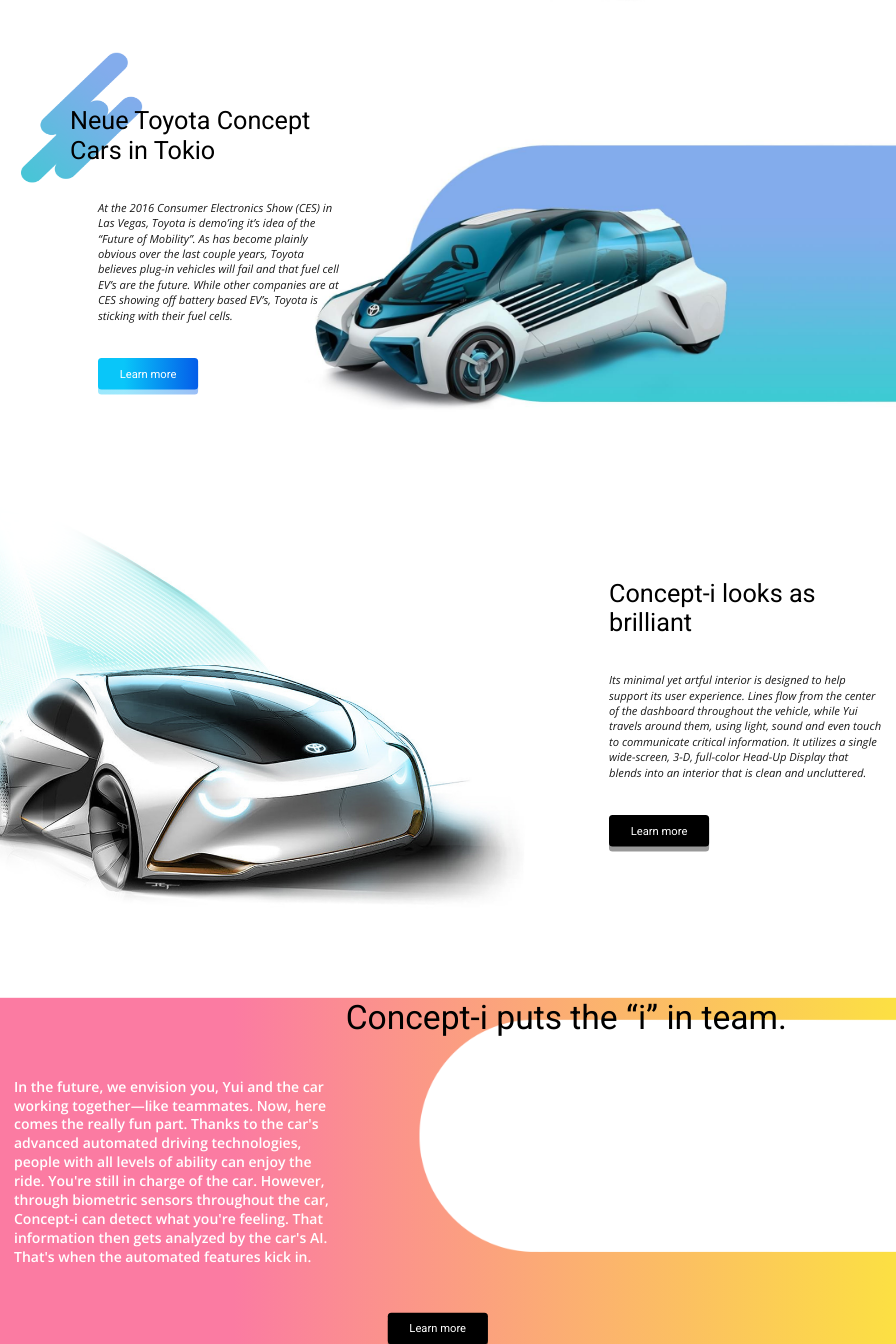
Repository: ThanhThn/Moto-Toyota
Page: index.html
These files come from the project's save history. The page is drawn as it stood at one moment and after the next save; the edit follows.
The browser window is 1280 px wide. The pictures show the part of the page from y = 1919 to 3839 px (the page is 3839 px tall), at 70% of full size.

Above is the page before, as saved 2022-07-07 13:06:47.

After the next save:
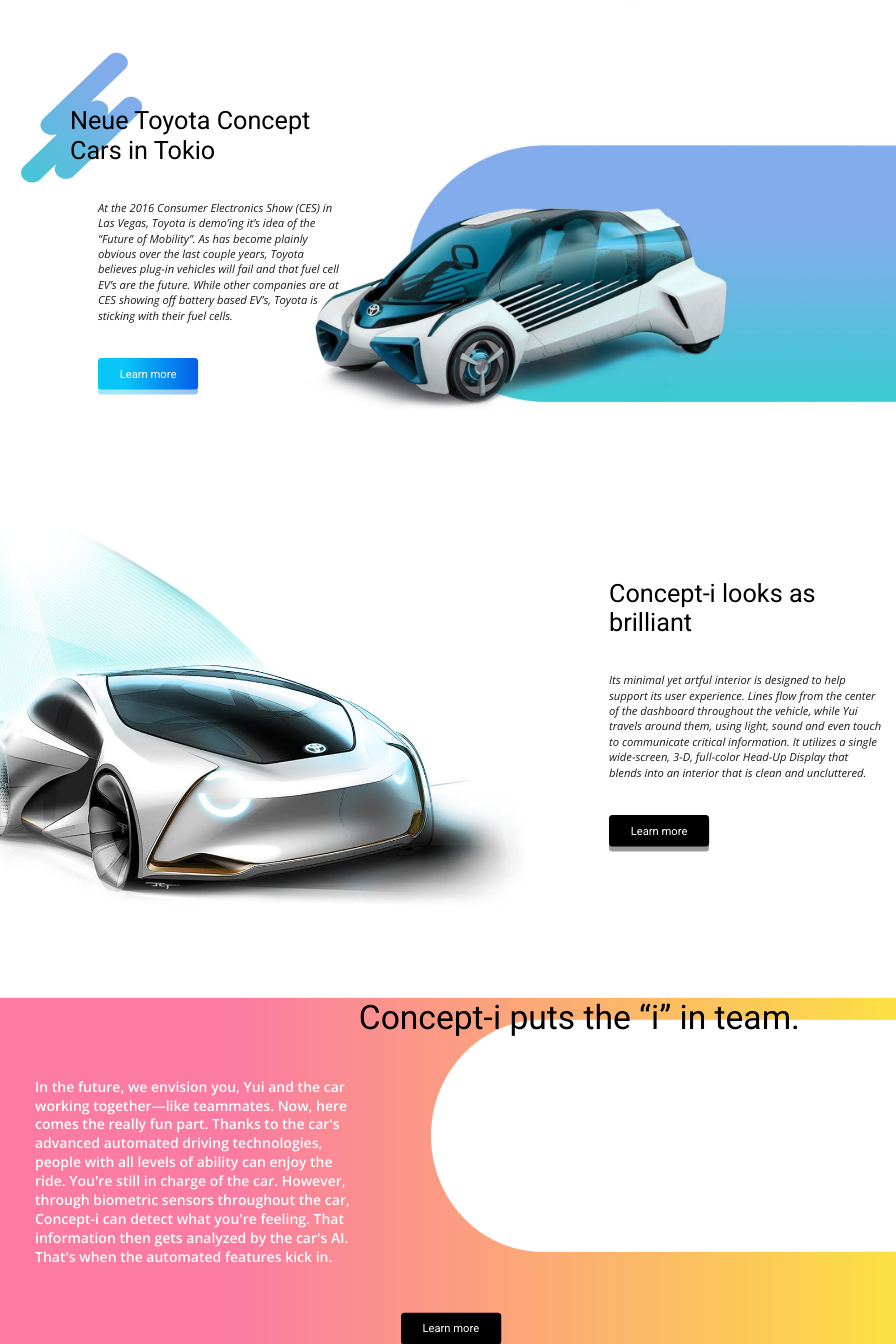
Saved 16 s later.
--- a/css/style.css
+++ b/css/style.css
@@ -268,7 +268,7 @@
     font-size: 20px;
     font-weight: 600 ;
     color: #fff;
-    margin: auto 0 auto 20px;
+    margin: auto 0 auto 50px;
 }
 .i-team
 {
